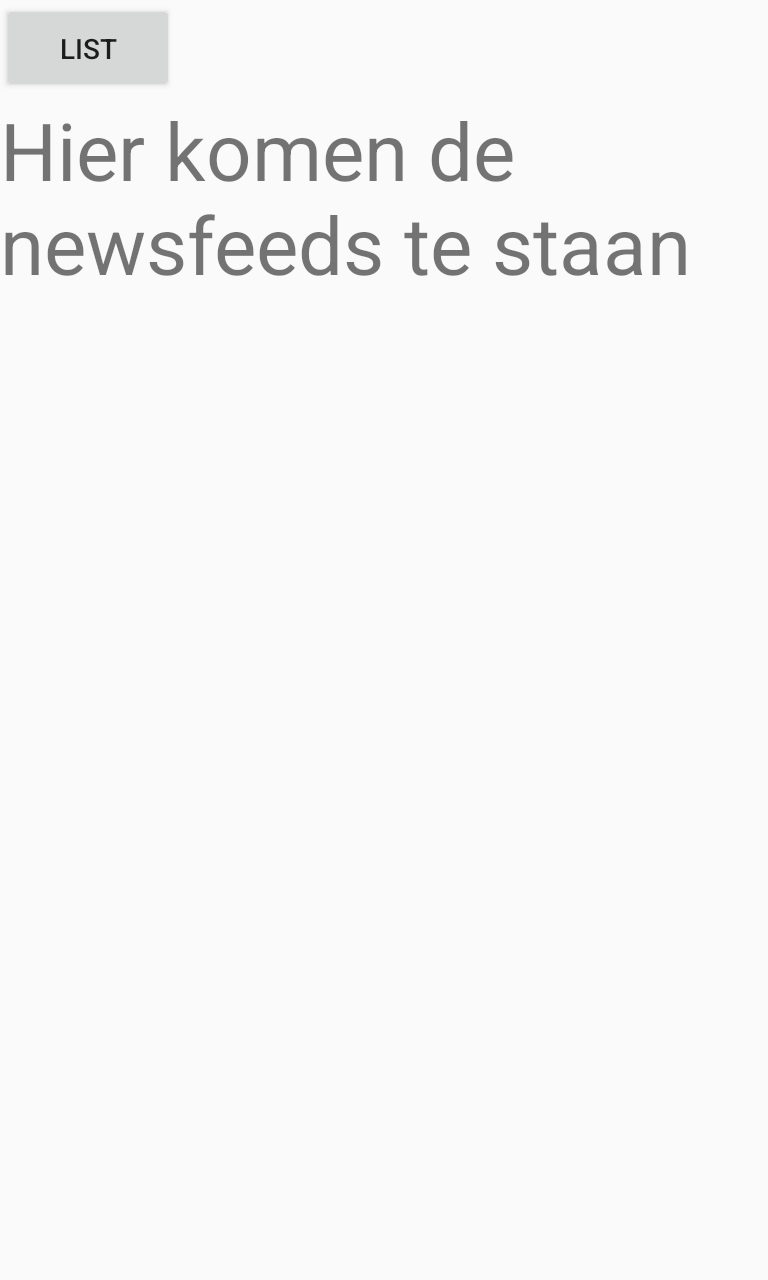
Repository: MarcSelles/BeatYourBucketAndroid
Layout: The_app/BeatYourBucket/res/layout/tab1_view.xml
These files come from the project's save history. The layout is drawn as it stood at one moment and after the next save; the edit follows.
It is drawn on a 768 x 1280 px phone screen (xhdpi) without system bars, with theme AppTheme; the app's code is not run.

Above is the layout before, as saved 2015-01-15 16:31:14.

### The_app/BeatYourBucket/res/layout/tab1_view.xml
<?xml version="1.0" encoding="utf-8"?>
<LinearLayout xmlns:android="http://schemas.android.com/apk/res/android"
        xmlns:tools="http://schemas.android.com/tools"
        android:layout_width="match_parent"
        android:layout_height="match_parent"
        android:orientation="vertical"
        tools:context=".DeviceFragment" >

    <Button
		android:id="@+id/list"
	    android:layout_width="wrap_content"
	    android:layout_height="wrap_content"
	    android:text="list" />

	<TextView
	    android:id="@+id/hooi"
	    android:layout_width="wrap_content"
	    android:layout_height="wrap_content"
	    android:text="Hier komen de newsfeeds te staan"
	    android:textSize="40sp" />


</LinearLayout>

Loaded but not shown: The_app/BeatYourBucket/res/values/styles.xml (common file); The_app/BeatYourBucket/res/values-v11/styles.xml (common file); The_app/BeatYourBucket/res/values-v14/styles.xml (common file)

After the next save:
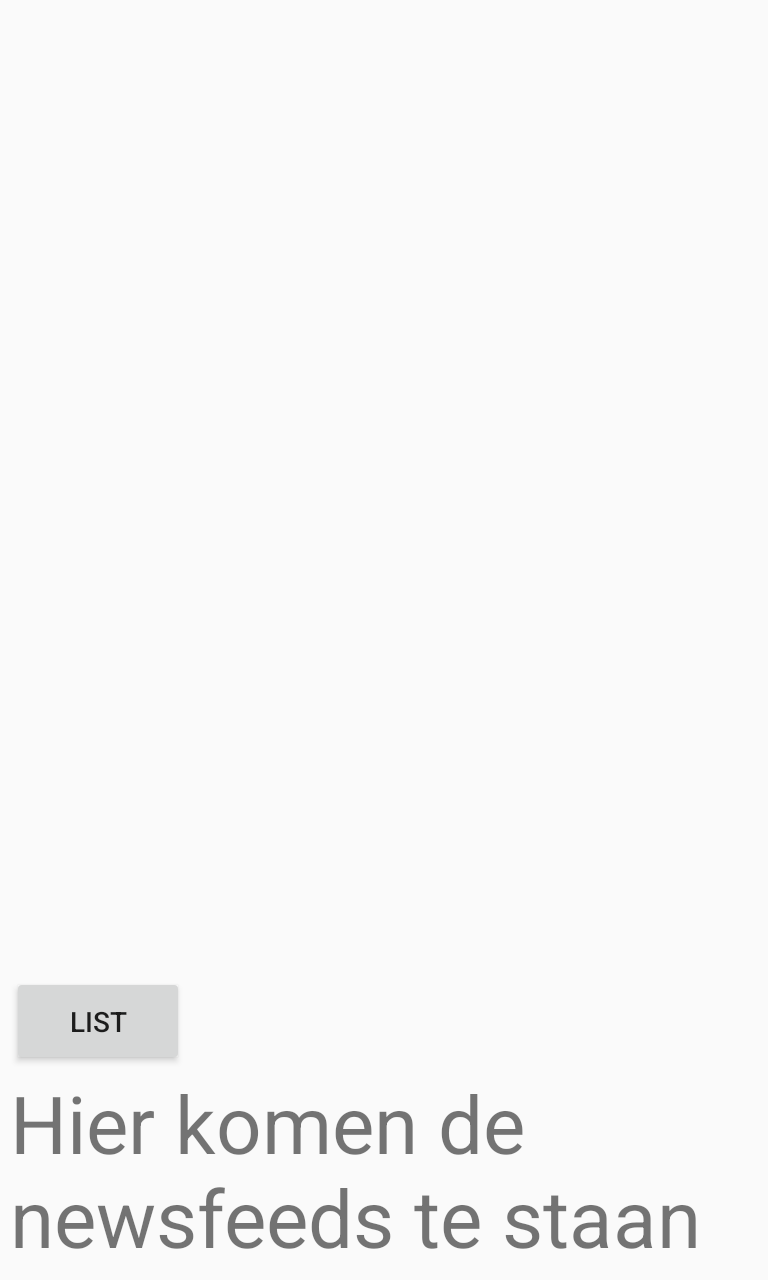
Saved 21 min 5 s later.
--- a/The_app/BeatYourBucket/res/layout/tab1_view.xml
+++ b/The_app/BeatYourBucket/res/layout/tab1_view.xml
@@ -1,23 +1,54 @@
 <?xml version="1.0" encoding="utf-8"?>
 <LinearLayout xmlns:android="http://schemas.android.com/apk/res/android"
-        xmlns:tools="http://schemas.android.com/tools"
-        android:layout_width="match_parent"
-        android:layout_height="match_parent"
-        android:orientation="vertical"
-        tools:context=".DeviceFragment" >
+    xmlns:tools="http://schemas.android.com/tools"
+    android:layout_width="match_parent"
+    android:layout_height="match_parent"
+    android:orientation="vertical"
+    tools:context=".DeviceFragment" >
+
+    <android.support.v4.app.FragmentTabHost
+        android:id="@android:id/tabhost"
+        android:layout_width="fill_parent"
+    	android:layout_height="fill_parent">
+
+	    <LinearLayout
+	        android:orientation="vertical"
+	        android:layout_width="fill_parent"
+	        android:layout_height="fill_parent"
+	        android:padding="5dp">
+
+	        <TabWidget
+	            android:id="@android:id/tabs"
+	            android:layout_width="fill_parent"
+	            android:layout_height="wrap_content"
+	            android:layout_weight="0"/>
+
+	        <FrameLayout
+	            android:id="@android:id/tabcontent"
+	            android:layout_width="fill_parent"
+	            android:layout_height="wrap_content"
+	            android:padding="5dp"
+	            android:layout_weight="1" />
+
+	        <!-- <FrameLayout
+		        android:id="@+id/realtabcontent"
+		        android:layout_width="match_parent"
+		        android:layout_height="0dp"
+		        android:layout_weight="1"/> -->
+
+
 
     <Button
-		android:id="@+id/list"
-	    android:layout_width="wrap_content"
-	    android:layout_height="wrap_content"
-	    android:text="list" />
+        android:id="@+id/list"
+        android:layout_width="wrap_content"
+        android:layout_height="wrap_content"
+        android:text="list" />
 
-	<TextView
-	    android:id="@+id/hooi"
-	    android:layout_width="wrap_content"
-	    android:layout_height="wrap_content"
-	    android:text="Hier komen de newsfeeds te staan"
-	    android:textSize="40sp" />
-
+    <TextView
+        android:id="@+id/hooi"
+        android:layout_width="wrap_content"
+        android:layout_height="wrap_content"
+        android:text="Hier komen de newsfeeds te staan"
+        android:textSize="40sp" />
 
 </LinearLayout>
